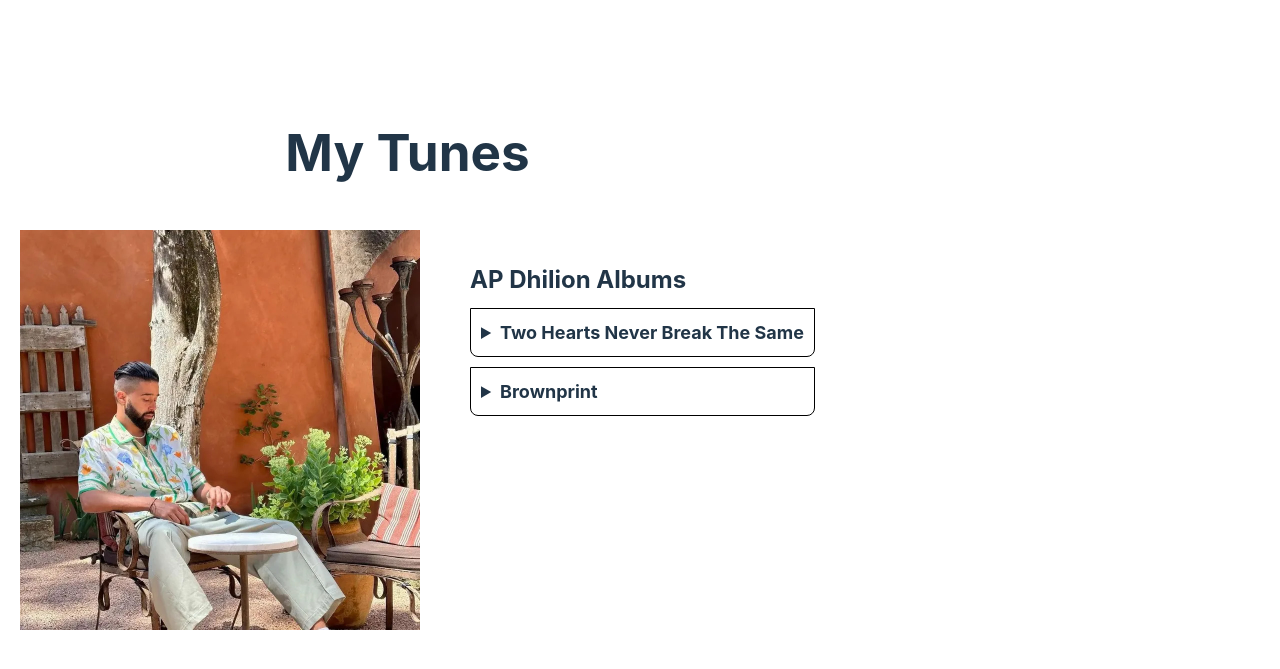
Repository: GavinPahal/my_app
Page: / (app in react/)
The author's editor kept a copy of each file at every save. The page is drawn from the files as they stood at one save, then again after the next save.
The browser window is 1280 px wide. The pictures show the whole page.
The project was rebuilt for these pictures with package versions that can differ from the ones it lists, and the page was loaded fresh each time. Also part of the build but not shown: react/vite.config.js.

Above is the page before, as saved 2024-09-15 17:56:18.

### react/src/App.jsx
import { useState } from 'react'
import ap from '/Untitled-34.jpg'
import './App.css'

function App() {
  return (
    <>
    <h1 className='heading'>My Tunes</h1>
    <div className="container">
      <img src={ap} alt="Vite logo" width={400} height={400}/>
      <div className="album">
      <h4 className='ap'>AP Dhilion Albums</h4>
        <details name="reqs">
          <summary>Two Hearts Never Break The Same</summary>
          <ol>
            <li>All Night(Live)</li>
            <li>Hills</li>
            <li>SummerHigh</li>
            <li>Wo Noor</li>
            <li>Dil Nu</li>
          </ol>
        </details>
        <details name="reqs">
          <summary>Brownprint</summary>
          <ol>
            <li>Brownprint</li>
            <li>315</li>
            <li>Old Money</li>
            <li>Losing Myself</li>
            <li>Distance</li>
            <li>After Midnight</li>
            <li>Bora Bora</li>
            <li>Sweet Flower</li>
            <li>To Be Contuined</li>
          </ol>
        </details>
      </div>
    </div>
    </>
  )
}

export default App

### react/src/App.css
.container {
  display: flex;
  justify-content: center;
  align-items: flex-start;
  margin-top: 20px;
}

img {
  margin-right: 50px;
margin-left: 20px;
}

.album {
  display: flex;
  flex-direction: column;
  max-width: 400px;
}

details {
  margin-bottom: 10px;
  border: 1px solid #000000;
  border-radius: 0 0 8px 8px;
  padding: 10px;

}
summary :hover{
  background-color: rgb(0, 0, 0);
}


summary {
  font-size: 18px;
  font-weight: bold;
  cursor: pointer;
}

ol {
  padding-left: 20px;
  margin: 10px 0;
  list-style: decimal;
}

.heading{
margin-bottom: 50px;
text-align: center;
}

.ap{
  font-size: 24px;
  font-weight: bold;
  margin-bottom: 10px;
}

Loaded but not shown: react/index.html (common file); react/src/main.jsx (common file); react/src/index.css (common file)

After the next save:
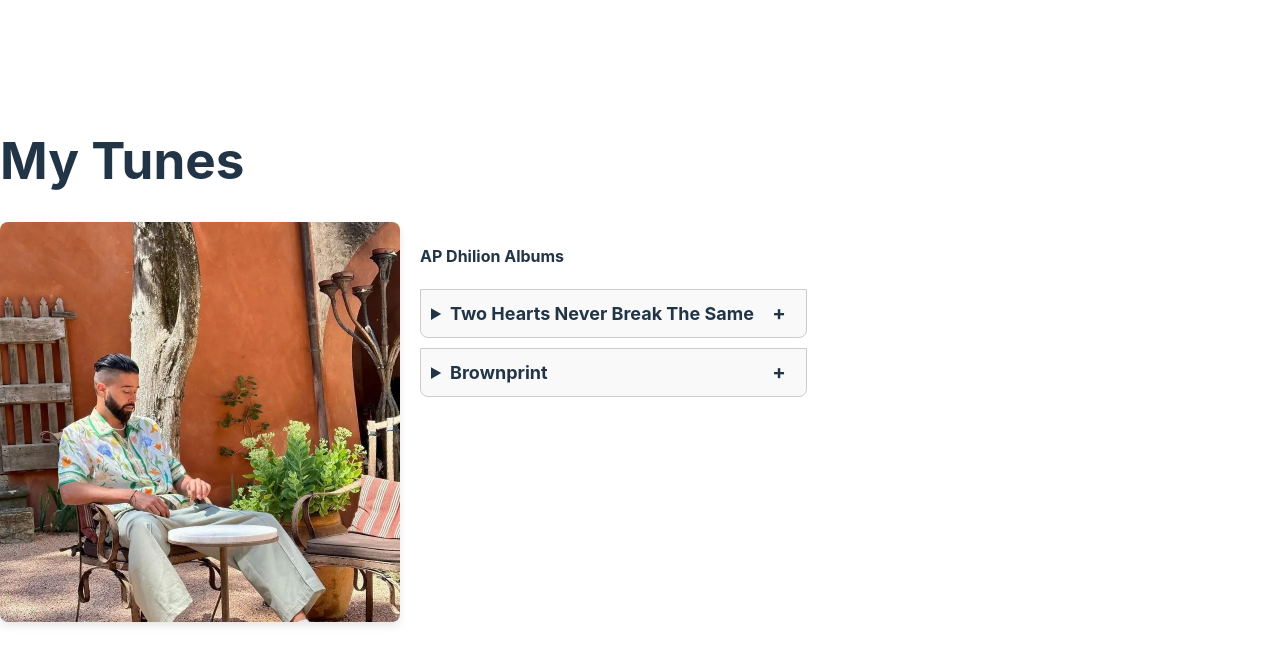
Saved 12 min 46 s later.
--- a/react/src/App.css
+++ b/react/src/App.css
@@ -5,9 +5,23 @@
   margin-top: 20px;
 }
 
+.title {
+  font-size: 32px;
+  font-weight: bold;
+  margin-bottom: 20px;
+  text-align: center;
+}
+
+.subheading {
+  font-size: 24px;
+  font-weight: bold;
+  margin-bottom: 10px;
+}
+
 img {
-  margin-right: 50px;
-margin-left: 20px;
+  border-radius: 8px;
+  box-shadow: 0 4px 8px rgba(0, 0, 0, 0.1);
+  margin-right: 20px;
 }
 
 .album {
@@ -17,21 +31,46 @@
 }
 
 details {
+  width: 100%;
   margin-bottom: 10px;
-  border: 1px solid #000000;
-  border-radius: 0 0 8px 8px;
+  border: 1px solid #ccc;
+  border-radius: 0 0 8px 8px; /* Only bottom corners are rounded */
   padding: 10px;
-
+  background-color: #f9f9f9;
+  position: relative; /* Necessary for placing the plus sign */
 }
-summary :hover{
-  background-color: rgb(0, 0, 0);
-}
-
 
 summary {
   font-size: 18px;
   font-weight: bold;
   cursor: pointer;
+  position: relative;
+  padding-right: 20px; /* Create space for the plus sign */
+}
+
+summary:hover {
+  color: #007bff;
+}
+
+details[open] summary {
+  color: #007bff;
+}
+
+summary::after {
+  content: '+';
+  position: absolute;
+  right: 0;
+  font-size: 20px;
+  top: 0;
+  bottom: 0;
+  display: flex;
+  align-items: center;
+  padding-right: 10px;
+  transition: transform 0.3s ease;
+}
+
+details[open] summary::after {
+  transform: rotate(45deg); /* Turn the plus sign into a cross when open */
 }
 
 ol {
@@ -39,14 +78,3 @@
   margin: 10px 0;
   list-style: decimal;
 }
-
-.heading{
-margin-bottom: 50px;
-text-align: center;
-}
-
-.ap{
-  font-size: 24px;
-  font-weight: bold;
-  margin-bottom: 10px;
-}
